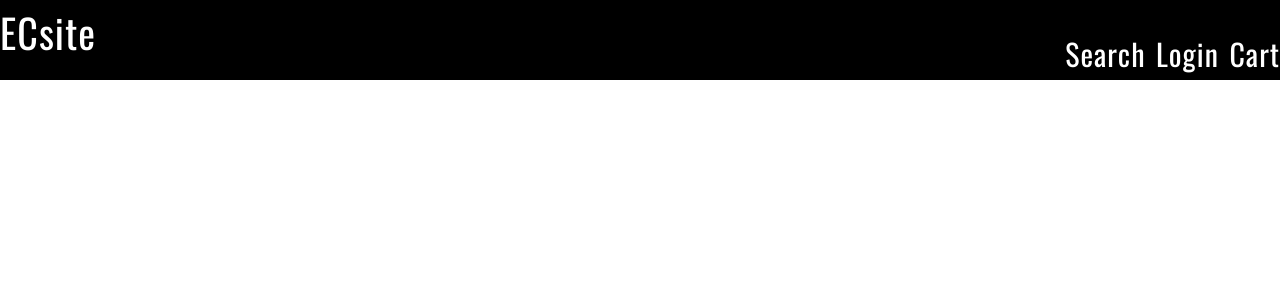
Repository: Kazuho-Komagamine/ecsite
Page: http://localhost/ecsite/header.jsp
These files come from the project's save history. The page is drawn as it stood at one moment and after the next save; the edit follows.
The browser window is 1280 px wide. The pictures show the whole page.
The page is served by Tomcat 9. Nobody is signed in. The application's start-up code is not run. Other server files are loaded and not shown.

Above is the page before, as saved 2018-07-19 08:35:02.

### ecsite/WebContent/header.jsp
<%@ page language="java" contentType="text/html; charset=UTF-8"
    pageEncoding="UTF-8"%>
<%@ taglib prefix="s" uri="/struts-tags"%>
<!DOCTYPE html>
<html>
<head>
<meta charset="UTF-8">
<style>
@import url('https://fonts.googleapis.com/css?family=Oswald');
</style>
<link rel="stylesheet" href="./css/style.css">
</head>
<body>
    <div id="header">
        <span id="header_title">
        ECsite
        </span>
        <div id="header_menu">
            <ul>
                <li>Search</li>
                <li>Login</li>
                <li>Cart</li>
            </ul>
        </div>
    </div>
</body>
</html>

### ecsite/WebContent/css/style.css
body{
    margin: 0;
    padding: 0;
    line-height: 1.6;
    letter-spacing: 1px;
    font-family: Verdana, Helvetica, sans-serif;
    font-size: 12px;
    color: #333;
    background:#fff;
}
table{
    text-align: center;
    margin: 0 auto;
}
/* =======ecsite LAYOUT======= */
#top{
    width: 780px;
    margin: 30px auto;
    border: 1px solid #333;
}
#header{
    width: 100%;
    height: 80px;
    background-color: black;
}
#main{
    width: 100%;
    height: 500px;
    text-align: center;
}
#footer{
    width: 100%;
    height: 40px;
    background-color: black;
    clear: both;
    position: fixed;
    bottom: 0;
}
#text-center{
    display: inline-block;
    text-arign: center;
}
#text-link{
    display: inline-block;
    text-arign: right;
}
#pr{
	text-align: center;
	color: white;
	font-size: 10px;
}
#header_title{
	color: white;
	font-size: 40px;
	font-family: 'Oswald', sans-serif;
	text-align: left;
}
#header_menu{
	 float: right;
	 margin: 10px right;
}
#header_menu ul{
    font-size: 30px;
    color: white
}
#header_menu ul li{
	font-family: 'Oswald', sans-serif;
    display: inline-block;
}

After the next save:
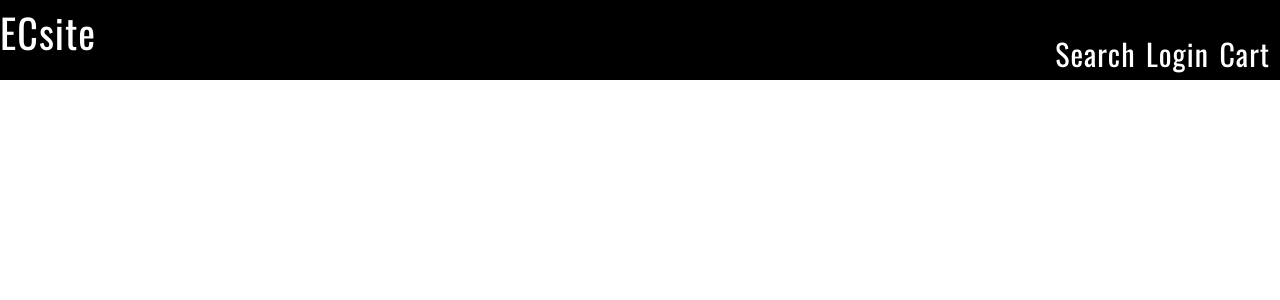
Saved 16 s later.
--- a/ecsite/WebContent/css/style.css
+++ b/ecsite/WebContent/css/style.css
@@ -57,7 +57,7 @@
 }
 #header_menu{
 	 float: right;
-	 margin: 10px right;
+	 margin-right: 10px;
 }
 #header_menu ul{
     font-size: 30px;
